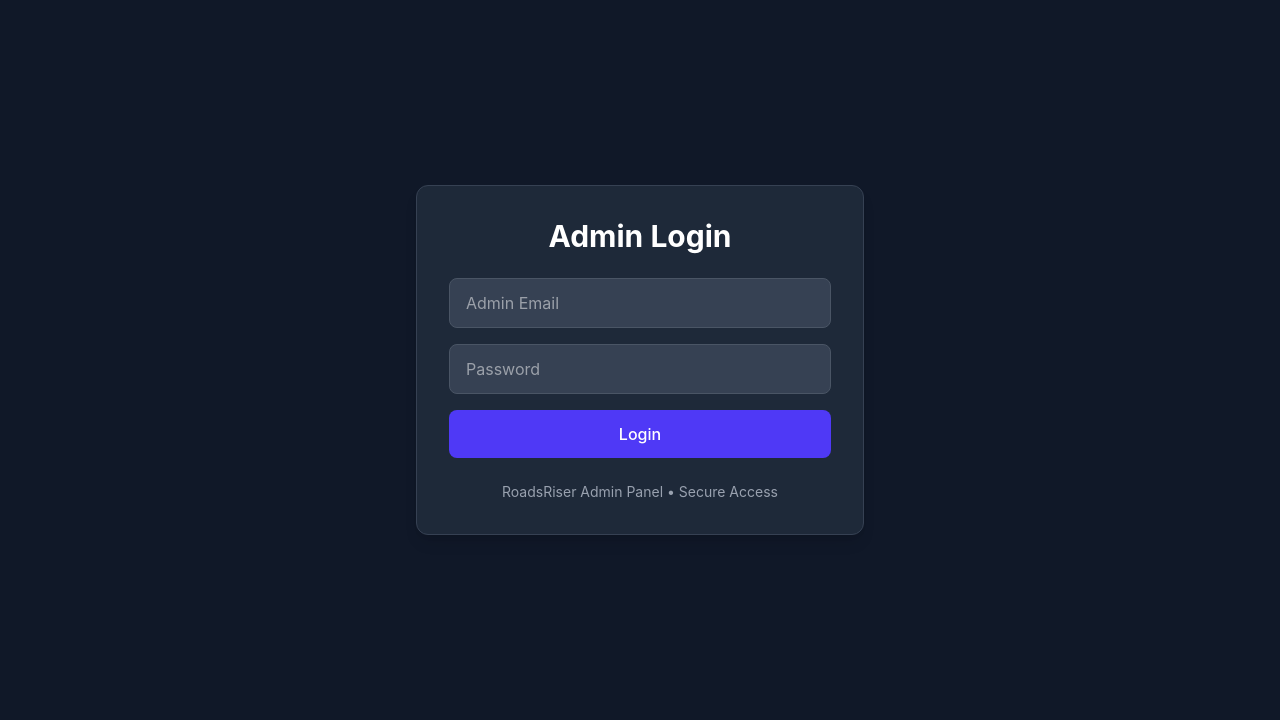
Repository: pravin-8859/ROADSRISER-APP
Page: / (app in admin/)
The author's editor kept a copy of each file at every save. The page is drawn from the files as they stood at one save, then again after the next save.
The browser window is 1280 px wide. The pictures show the whole page.
The project was rebuilt for these pictures with package versions that can differ from the ones it lists, and the page was loaded fresh each time. Also part of the build but not shown: admin/vite.config.js, admin/src/components/layout/Sidebar.jsx, admin/src/components/layout/Topbar.jsx, admin/src/components/layout/AdminLayout.jsx, admin/src/routes/ProtectedRoute.jsx, admin/src/pages/AdminAnalytics.jsx, admin/src/pages/AdminDashboard.jsx, admin/src/pages/UsersPage.jsx and 5 more.

Above is the page before, as saved 2025-11-28 22:46:28.

### admin/index.html
<!doctype html>
<html lang="en">
  <head>
    <meta charset="utf-8" />
    <meta name="viewport" content="width=device-width,initial-scale=1.0" />
    <title>RoadsRiser — Admin</title>
  </head>
  <body>
    <div id="root"></div>
    <script type="module" src="/src/main.jsx"></script>
  </body>
</html>

### admin/src/main.jsx
import React from "react";
import { createRoot } from "react-dom/client";
import { BrowserRouter } from "react-router-dom";
import App from "./App";
import "./index.css";

createRoot(document.getElementById("root")).render(
  <React.StrictMode>
    <BrowserRouter>
      <App />
    </BrowserRouter>
  </React.StrictMode>
);

### admin/src/App.jsx
import { Routes, Route, Navigate } from "react-router-dom";
import AdminLogin from "./pages/AdminLogin";
import AdminLayout from "./components/layout/AdminLayout";
import ProtectedRoute from "./routes/ProtectedRoute";

import AdminAnalytics from "./pages/AdminAnalytics";
import AdminDashboard from "./pages/AdminDashboard";
import UsersPage from "./pages/UsersPage";
import MechanicsPage from "./pages/MechanicsPage";
import RequestsPage from "./pages/RequestsPage";
import ReportsPage from "./pages/ReportsPage";
import SettingsPage from "./pages/SettingsPage";

export default function App() {
  return (
    <Routes>

      {/* Redirect root → admin login */}
      <Route path="/" element={<Navigate to="/admin/login" />} />

      {/* Public login */}
      <Route path="/admin/login" element={<AdminLogin />} />

      {/* Protected admin panel */}
      <Route
        path="/admin"
        element={
          <ProtectedRoute>
            <AdminLayout />
          </ProtectedRoute>
        }
      >
        <Route index element={<AdminDashboard />} />
        <Route path="users" element={<UsersPage />} />
        <Route path="mechanics" element={<MechanicsPage />} />
        <Route path="requests" element={<RequestsPage />} />
        <Route path="analytics" element={<AdminAnalytics />} />
        <Route path="reports" element={<ReportsPage />} />
        <Route path="settings" element={<SettingsPage />} />
      </Route>

      <Route path="*" element={<div className="p-6">Page not found</div>} />
    </Routes>
  );
}

### admin/src/index.css
@import "tailwindcss";
:root{
  --bg:#0f1724; --panel:#0b1220; --muted:#9aa4b2; --accent:#6d28d9;
  --card:#0f1724; --text:#e6eef8;
}
*{box-sizing:border-box}
body{
  margin:0; font-family:Inter,ui-sans-serif,system-ui,Segoe UI,Roboto,"Helvetica Neue",Arial;
  background: linear-gradient(180deg,#071025 0%, #071826 100%);
  color:var(--text);
  min-height:100vh;
}

/* Topbar */
.topbar{
  height:64px; display:flex; align-items:center; justify-content:space-between;
  padding:0 20px; background:rgba(8,10,20,0.6); backdrop-filter: blur(6px);
  border-bottom:1px solid rgba(255,255,255,0.03);
  position:sticky; top:0; z-index:50;
}
.brand{ font-weight:700; font-size:18px; cursor:pointer }
.topbar-right{ display:flex; align-items:center; gap:12px }
.admin-avatar{
  width:36px;height:36px;border-radius:50%;display:flex;align-items:center;justify-content:center;
  background:linear-gradient(180deg,#ffffff22,#00000022); color:var(--text); font-weight:700;
}
.btn-logout{
  background:transparent;border:1px solid rgba(255,255,255,0.06); color:var(--text);
  padding:8px 12px;border-radius:8px;cursor:pointer;
}

/* layout */
.admin-body{ display:flex; gap:18px; max-width:1200px; margin:20px auto;padding:10px; }
.sidebar{ width:220px; background:rgba(10,14,24,0.6); padding:18px; border-radius:12px;
  border:1px solid rgba(255,255,255,0.03); height:calc(100vh - 120px); position:sticky; top:70px; overflow:auto;
}
.admin-main{ flex:1; min-height:400px; }

.slink{ display:block; padding:10px 12px; color:var(--muted); text-decoration:none; border-radius:8px; margin-bottom:8px }
.slink:hover{ background:rgba(255,255,255,0.02); color:var(--text) }
.slink-active{ background:linear-gradient(90deg,#2e1b8f55,#1f5fbf22); color:white; font-weight:600; }

/* page card */
.card{ background:rgba(255,255,255,0.03); padding:18px; border-radius:12px; border:1px solid rgba(255,255,255,0.03); color:var(--text) }

/* responsive */
@media (max-width:900px){
  .admin-body{ flex-direction:column; padding:12px; max-width:100%; margin:12px; }
  .sidebar{ width:100%; height:auto; position:relative; top:0; }
}

### admin/src/pages/AdminLogin.jsx
import React, { useState } from "react";
import { useNavigate } from "react-router-dom";
import api from "../services/api";

export default function AdminLogin() {
  const [form, setForm] = useState({ email: "", password: "" });
  const [loading, setLoading] = useState(false);
  const [error, setError] = useState("");
  const navigate = useNavigate();

  const handleInput = (key, value) => {
    setForm((prev) => ({ ...prev, [key]: value }));
    setError("");
  };

  const handleSubmit = async (e) => {
    e.preventDefault();
    setLoading(true);
    setError("");

    if (!form.email || !form.password) {
      setError("Please enter email and password.");
      setLoading(false);
      return;
    }

    try {
      const res = await api.post("/admin/login", form);

      localStorage.setItem("admin_token", res.data.token);
      localStorage.setItem("admin_name", res.data.name);

      navigate("/admin"); // redirect
    } catch (err) {
      setError(
        err.response?.data?.message || "Login failed. Incorrect credentials."
      );
    } finally {
      setLoading(false);
    }
  };

  return (
    <div className="min-h-screen flex items-center justify-center bg-gray-900 px-4">
      <div className="w-full max-w-md bg-gray-800 rounded-xl p-8 shadow-lg border border-gray-700">

        <h2 className="text-3xl font-bold text-center text-white mb-6">
          Admin Login
        </h2>

        {error && (
          <div className="mb-4 p-3 rounded bg-red-500/20 text-red-300 text-sm border border-red-400/40">
            {error}
          </div>
        )}

        <form onSubmit={handleSubmit} className="space-y-4">

          <input
            type="email"
            placeholder="Admin Email"
            className="w-full px-4 py-3 bg-gray-700 text-white rounded-lg outline-none border border-gray-600 focus:border-indigo-500"
            value={form.email}
            onChange={(e) => handleInput("email", e.target.value)}
          />

          <input
            type="password"
            placeholder="Password"
            className="w-full px-4 py-3 bg-gray-700 text-white rounded-lg outline-none border border-gray-600 focus:border-indigo-500"
            value={form.password}
            onChange={(e) => handleInput("password", e.target.value)}
          />

          <button
            type="submit"
            disabled={loading}
            className="w-full py-3 bg-indigo-600 hover:bg-indigo-700 text-white rounded-lg font-medium transition disabled:opacity-50"
          >
            {loading ? "Logging in..." : "Login"}
          </button>
        </form>

        <p className="text-gray-400 text-center mt-6 text-sm">
          RoadsRiser Admin Panel • Secure Access
        </p>
      </div>
    </div>
  );
}

### admin/src/services/api.js
import axios from "axios";

const API_BASE = import.meta.env.VITE_API_BASE || "http://localhost:5000/api";

const api = axios.create({
  baseURL: API_BASE,
  withCredentials: true,
});

api.interceptors.request.use((cfg) => {
  // Admin token header
  const token = localStorage.getItem("admin_token");
  if (token) cfg.headers = { ...cfg.headers, Authorization: `Bearer ${token}` };
  return cfg;
});

export default api;

After the next save:
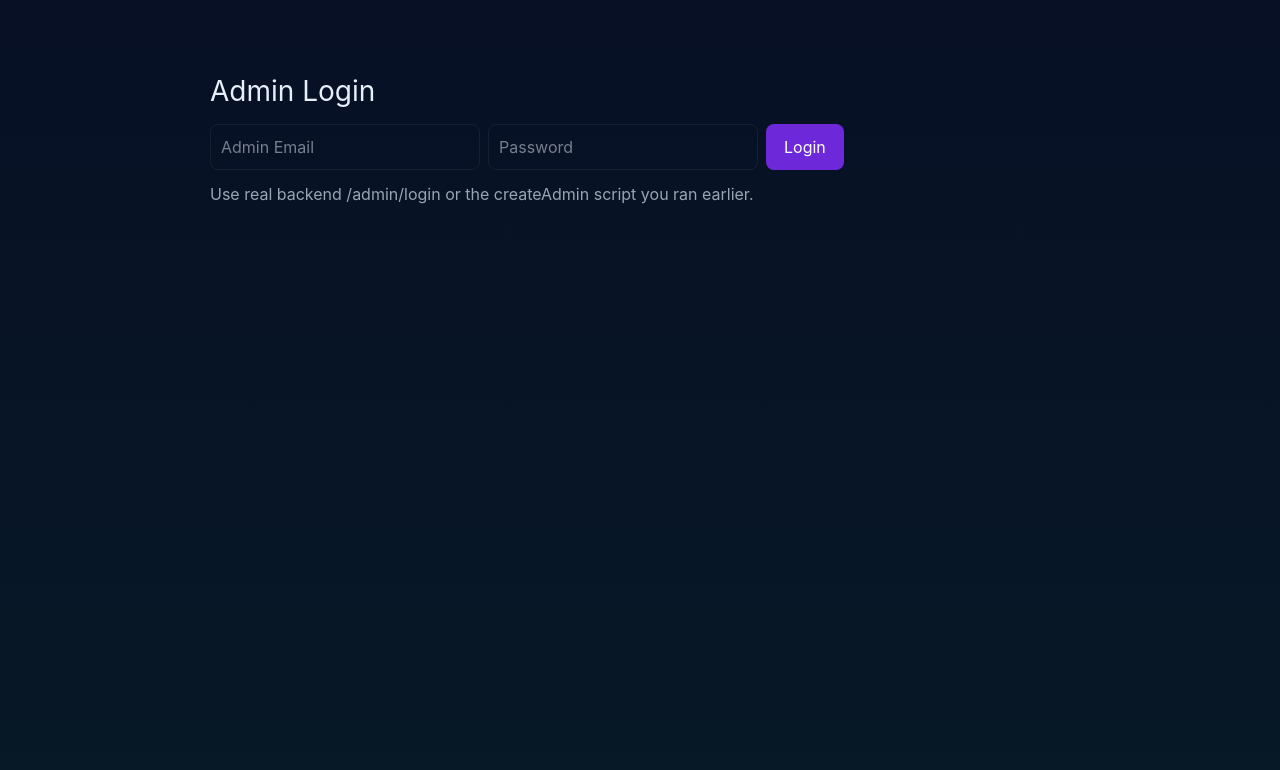
Saved 6 min 55 s later.
--- a/admin/src/pages/AdminLogin.jsx
+++ b/admin/src/pages/AdminLogin.jsx
@@ -2,89 +2,43 @@
 import { useNavigate } from "react-router-dom";
 import api from "../services/api";
 
+/**
+ * Simple admin login that calls POST /admin/login
+ * On success: stores admin_token + admin_name
+ */
 export default function AdminLogin() {
   const [form, setForm] = useState({ email: "", password: "" });
   const [loading, setLoading] = useState(false);
-  const [error, setError] = useState("");
-  const navigate = useNavigate();
+  const nav = useNavigate();
 
-  const handleInput = (key, value) => {
-    setForm((prev) => ({ ...prev, [key]: value }));
-    setError("");
-  };
+  const handle = (k, v) => setForm((s) => ({ ...s, [k]: v }));
 
-  const handleSubmit = async (e) => {
+  const submit = async (e) => {
     e.preventDefault();
     setLoading(true);
-    setError("");
-
-    if (!form.email || !form.password) {
-      setError("Please enter email and password.");
-      setLoading(false);
-      return;
-    }
-
     try {
+      // your backend admin login endpoint (adjust as needed)
       const res = await api.post("/admin/login", form);
-
-      localStorage.setItem("admin_token", res.data.token);
-      localStorage.setItem("admin_name", res.data.name);
-
-      navigate("/admin"); // redirect
+      // expected: res.data = { token, name }
+      localStorage.setItem("admin_token", res.data.token || "demo-token");
+      localStorage.setItem("admin_name", res.data.name || "Admin");
+      nav("/admin");
     } catch (err) {
-      setError(
-        err.response?.data?.message || "Login failed. Incorrect credentials."
-      );
+      alert(err.response?.data?.message || "Login failed (server)");
     } finally {
       setLoading(false);
     }
   };
 
   return (
-    <div className="min-h-screen flex items-center justify-center bg-gray-900 px-4">
-      <div className="w-full max-w-md bg-gray-800 rounded-xl p-8 shadow-lg border border-gray-700">
-
-        <h2 className="text-3xl font-bold text-center text-white mb-6">
-          Admin Login
-        </h2>
-
-        {error && (
-          <div className="mb-4 p-3 rounded bg-red-500/20 text-red-300 text-sm border border-red-400/40">
-            {error}
-          </div>
-        )}
-
-        <form onSubmit={handleSubmit} className="space-y-4">
-
-          <input
-            type="email"
-            placeholder="Admin Email"
-            className="w-full px-4 py-3 bg-gray-700 text-white rounded-lg outline-none border border-gray-600 focus:border-indigo-500"
-            value={form.email}
-            onChange={(e) => handleInput("email", e.target.value)}
-          />
-
-          <input
-            type="password"
-            placeholder="Password"
-            className="w-full px-4 py-3 bg-gray-700 text-white rounded-lg outline-none border border-gray-600 focus:border-indigo-500"
-            value={form.password}
-            onChange={(e) => handleInput("password", e.target.value)}
-          />
-
-          <button
-            type="submit"
-            disabled={loading}
-            className="w-full py-3 bg-indigo-600 hover:bg-indigo-700 text-white rounded-lg font-medium transition disabled:opacity-50"
-          >
-            {loading ? "Logging in..." : "Login"}
-          </button>
-        </form>
-
-        <p className="text-gray-400 text-center mt-6 text-sm">
-          RoadsRiser Admin Panel • Secure Access
-        </p>
-      </div>
+    <div style={{ maxWidth:900, margin:"50px auto", padding:20 }}>
+      <h1 style={{ fontSize:28, marginBottom:12 }}>Admin Login</h1>
+      <form onSubmit={submit} style={{ display:"flex", gap:8 }}>
+        <input name="email" value={form.email} onChange={(e)=>handle("email", e.target.value)} placeholder="Admin Email" required style={{ padding:10, borderRadius:8, border:"1px solid rgba(255,255,255,0.06)", background:"transparent", color:"inherit", minWidth:240 }} />
+        <input name="password" value={form.password} onChange={(e)=>handle("password", e.target.value)} placeholder="Password" type="password" required style={{ padding:10, borderRadius:8, border:"1px solid rgba(255,255,255,0.06)", background:"transparent", color:"inherit", minWidth:240 }} />
+        <button type="submit" disabled={loading} style={{ padding:"10px 18px", borderRadius:8, background:"#6d28d9", color:"#fff", border:"none", cursor:"pointer" }}>{loading ? "Logging..." : "Login"}</button>
+      </form>
+      <div style={{ marginTop:12, color:"#9aa4b2" }}>Use real backend /admin/login or the createAdmin script you ran earlier.</div>
     </div>
   );
 }

After the save that followed:
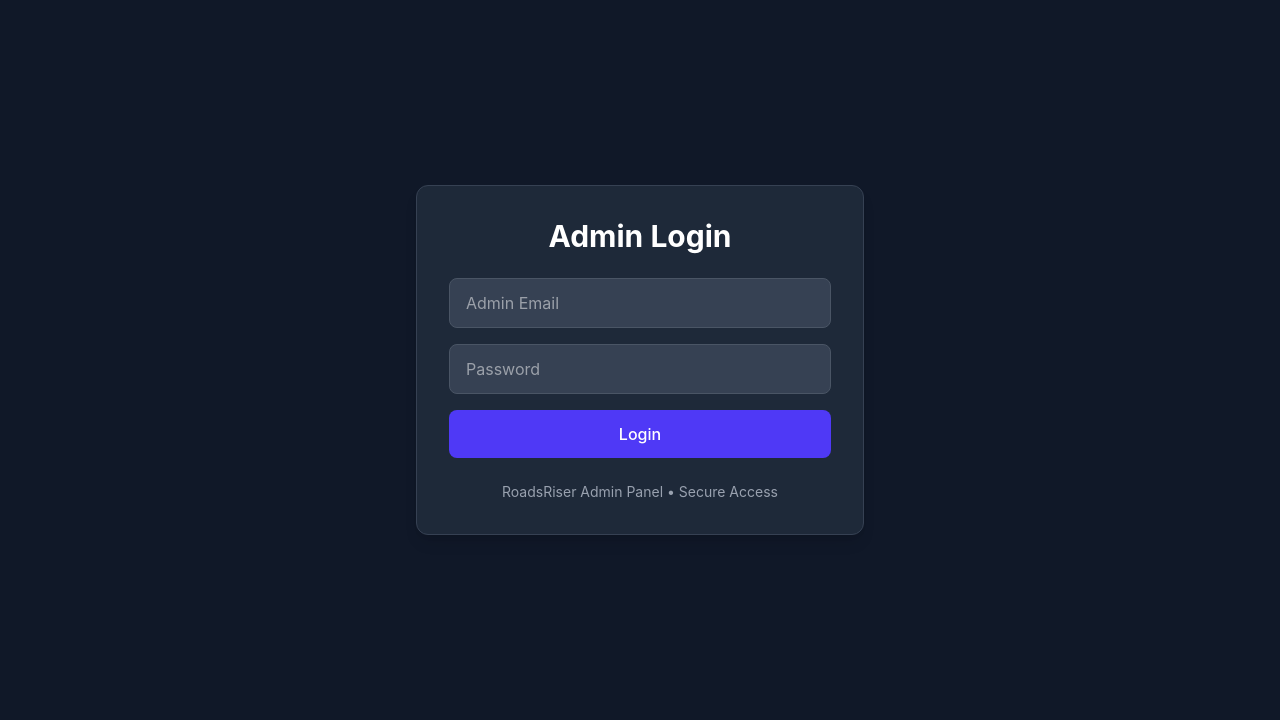
Saved 65 s later.
--- a/admin/src/pages/AdminLogin.jsx
+++ b/admin/src/pages/AdminLogin.jsx
@@ -2,43 +2,89 @@
 import { useNavigate } from "react-router-dom";
 import api from "../services/api";
 
-/**
- * Simple admin login that calls POST /admin/login
- * On success: stores admin_token + admin_name
- */
 export default function AdminLogin() {
   const [form, setForm] = useState({ email: "", password: "" });
   const [loading, setLoading] = useState(false);
-  const nav = useNavigate();
+  const [error, setError] = useState("");
+  const navigate = useNavigate();
 
-  const handle = (k, v) => setForm((s) => ({ ...s, [k]: v }));
+  const handleInput = (key, value) => {
+    setForm((prev) => ({ ...prev, [key]: value }));
+    setError("");
+  };
 
-  const submit = async (e) => {
+  const handleSubmit = async (e) => {
     e.preventDefault();
     setLoading(true);
+    setError("");
+
+    if (!form.email || !form.password) {
+      setError("Please enter email and password.");
+      setLoading(false);
+      return;
+    }
+
     try {
-      // your backend admin login endpoint (adjust as needed)
       const res = await api.post("/admin/login", form);
-      // expected: res.data = { token, name }
-      localStorage.setItem("admin_token", res.data.token || "demo-token");
-      localStorage.setItem("admin_name", res.data.name || "Admin");
-      nav("/admin");
+
+      localStorage.setItem("admin_token", res.data.token);
+      localStorage.setItem("admin_name", res.data.name);
+
+      navigate("/admin"); // redirect
     } catch (err) {
-      alert(err.response?.data?.message || "Login failed (server)");
+      setError(
+        err.response?.data?.message || "Login failed. Incorrect credentials."
+      );
     } finally {
       setLoading(false);
     }
   };
 
   return (
-    <div style={{ maxWidth:900, margin:"50px auto", padding:20 }}>
-      <h1 style={{ fontSize:28, marginBottom:12 }}>Admin Login</h1>
-      <form onSubmit={submit} style={{ display:"flex", gap:8 }}>
-        <input name="email" value={form.email} onChange={(e)=>handle("email", e.target.value)} placeholder="Admin Email" required style={{ padding:10, borderRadius:8, border:"1px solid rgba(255,255,255,0.06)", background:"transparent", color:"inherit", minWidth:240 }} />
-        <input name="password" value={form.password} onChange={(e)=>handle("password", e.target.value)} placeholder="Password" type="password" required style={{ padding:10, borderRadius:8, border:"1px solid rgba(255,255,255,0.06)", background:"transparent", color:"inherit", minWidth:240 }} />
-        <button type="submit" disabled={loading} style={{ padding:"10px 18px", borderRadius:8, background:"#6d28d9", color:"#fff", border:"none", cursor:"pointer" }}>{loading ? "Logging..." : "Login"}</button>
-      </form>
-      <div style={{ marginTop:12, color:"#9aa4b2" }}>Use real backend /admin/login or the createAdmin script you ran earlier.</div>
+    <div className="min-h-screen flex items-center justify-center bg-gray-900 px-4">
+      <div className="w-full max-w-md bg-gray-800 rounded-xl p-8 shadow-lg border border-gray-700">
+
+        <h2 className="text-3xl font-bold text-center text-white mb-6">
+          Admin Login
+        </h2>
+
+        {error && (
+          <div className="mb-4 p-3 rounded bg-red-500/20 text-red-300 text-sm border border-red-400/40">
+            {error}
+          </div>
+        )}
+
+        <form onSubmit={handleSubmit} className="space-y-4">
+
+          <input
+            type="email"
+            placeholder="Admin Email"
+            className="w-full px-4 py-3 bg-gray-700 text-white rounded-lg outline-none border border-gray-600 focus:border-indigo-500"
+            value={form.email}
+            onChange={(e) => handleInput("email", e.target.value)}
+          />
+
+          <input
+            type="password"
+            placeholder="Password"
+            className="w-full px-4 py-3 bg-gray-700 text-white rounded-lg outline-none border border-gray-600 focus:border-indigo-500"
+            value={form.password}
+            onChange={(e) => handleInput("password", e.target.value)}
+          />
+
+          <button
+            type="submit"
+            disabled={loading}
+            className="w-full py-3 bg-indigo-600 hover:bg-indigo-700 text-white rounded-lg font-medium transition disabled:opacity-50"
+          >
+            {loading ? "Logging in..." : "Login"}
+          </button>
+        </form>
+
+        <p className="text-gray-400 text-center mt-6 text-sm">
+          RoadsRiser Admin Panel • Secure Access
+        </p>
+      </div>
     </div>
   );
 }
